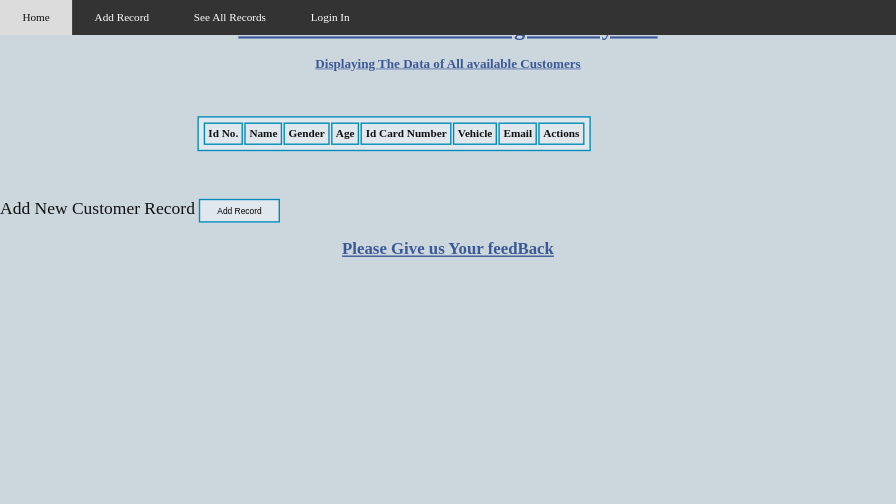
Repository: MUHAMMAD-SAQIB-2000/SpringBoot
Page: http://localhost/WebServiceRecordManagementSystem/CustomerList.jsp
An editor plug-in stored every save of this project. The page is shown before and after the next save, followed by the edit.
The browser window is 1280 px wide. The pictures show the whole page, at 70% of full size.
The page is served by Tomcat 9. The template is opened directly, without the code that normally fills it, so the values that code supplies are empty.

Above is the page before, as saved 2020-08-12 13:22:42.

After the next save:
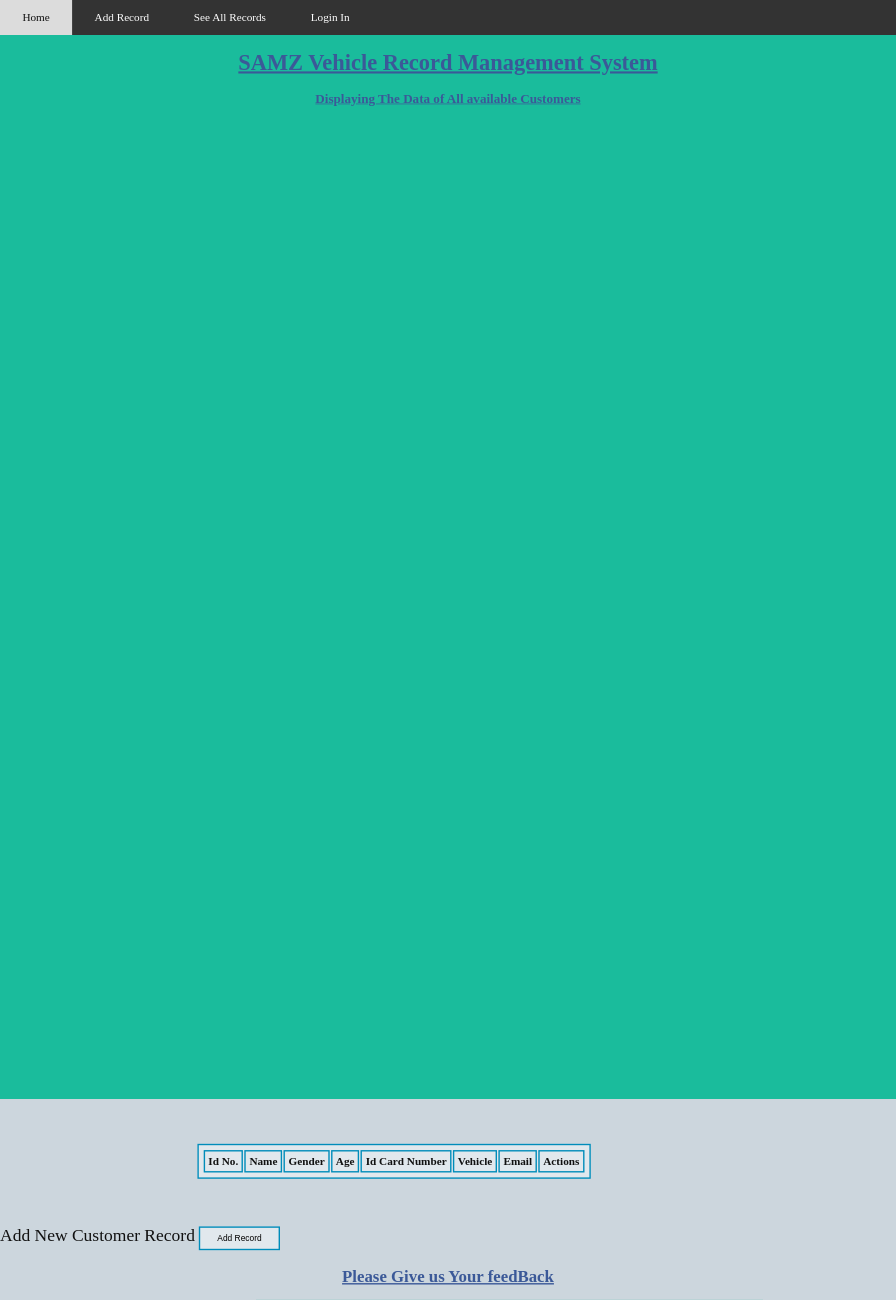
Saved 1 s later.
--- a/WebServiceRecordManagementSystem/src/main/webapp/CustomerList.jsp
+++ b/WebServiceRecordManagementSystem/src/main/webapp/CustomerList.jsp
@@ -21,7 +21,7 @@
 				<li><a href="#about">Login In</a></li>
 			</ul>
 		</div>
-		<div>
+		<div class="mainBody">
 			<h1 class="h">SAMZ Vehicle Record Management System</h1>
 			<h3 class="h">Displaying The Data of All available Customers</h3>
 		</div>
